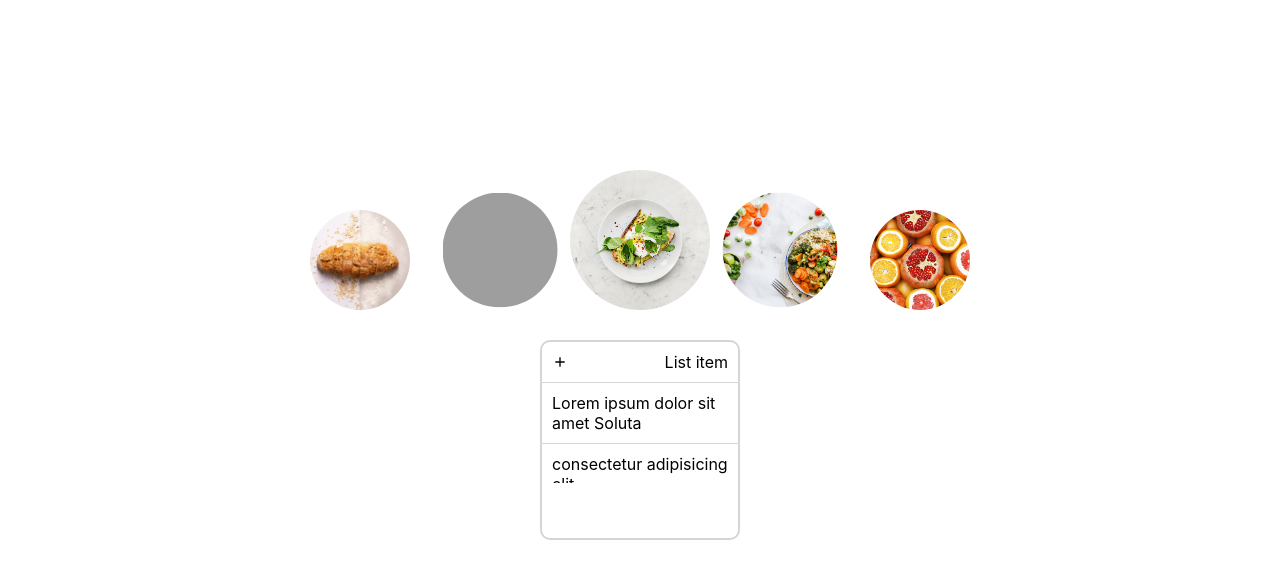
Repository: nambui98/slider
Page: /
The author's editor kept a copy of each file at every save. The page is drawn from the files as they stood at one save, then again after the next save.
The browser window is 1280 px wide. The pictures show the whole page.
Pictures or frames that could not be fetched are drawn as grey boxes. The project was rebuilt for these pictures with package versions that can differ from the ones it lists, and the page was loaded fresh each time. Also part of the build but not shown: vite.config.ts.

Above is the page before, as saved 2022-04-12 14:23:10.

### src/App.tsx
import { useState } from 'react'
import Horizolsider from './components/horizolslider/Horizolsider'
import logo from './logo.svg'
import './App.css'
import "slick-carousel/slick/slick.css";
import "slick-carousel/slick/slick-theme.css";
import image1 from './assets/images/pexels-daria-shevtsova-1095550.jpg'
import styled from 'styled-components';

function App() {
  const [count, setCount] = useState(0)
  const Item = styled.div`
    /* height: 150px; */
    margin-top: 50px;
    transition: all .3s;
    position: relative;
    img{
        object-fit: cover;
        margin: 0 auto;
        /* width: 100px;
        height: 100px; */
        width: 100px;
        height: 100px;
        border-radius: 50%;
        transition: all .3s;
    }
    /* .info{
        position: absolute;
    } */
    &.active{
        /* width: 150px;
        height: 100px; */
        /* height: 200px; */
        margin-top: 30px;
        img{

            /* width: 100%; */
            transform: scale(1.4)
        }
        .info{
            visibility: visible;
            transform: translateY(0px);
        }
    }
    &.near{
        /* width: 150px;
        height: 100px; */
        /* height: 200px; */
        margin-top: 40px;
        img{

            /* width: 100%; */
            transform: scale(1.15)
        }


    }
`
  return (
    <div className="App">
      <Horizolsider>
        {/* <ul>

          {

            [...Array(10).keys()].map((i, index) =>
              <li>

                <Item>
                  <img src={image1} alt="" />

                  <div className={`info `}>info
                  </div>
                </Item>
              </li>

            )
          }
        </ul> */}
      </Horizolsider>
    </div>
  )
}

export default App

### src/components/horizolslider/Horizolsider.tsx
import React, { useEffect, useRef, useState } from 'react'
import styled from 'styled-components'
import Slider from "react-slick";
import image1 from '../../assets/images/pexels-daria-shevtsova-1095550.jpg'
import image2 from '../../assets/images/pexels-ella-olsson-1640777.jpg'
import image3 from '../../assets/images/pexels-engin-akyurt-1435735.jpg'
import image4 from '../../assets/images/pexels-lisa-fotios-1279330.jpg'
import image5 from '../../assets/images/pexels-mariana-kurnyk-1775043.jpg'
import image6 from '../../assets/images/pexels-tijana-drndarski-3338681.jpg'

import { BiBasket, BiPlus } from "react-icons/bi";
type Props = {
    children: any
}
const listItem = [
    {
        id: 1,
        image: image1,
        info: [
            "Lorem ipsum dolor sit amet Soluta",
            "consectetur adipisicing elit. ",
            "veritatis tenetur.",
            "veritatis tenetur."
        ],
    },
    {
        id: 2,
        image: image2,
        info: [
            "1",
            "2"
        ],
    },
    {
        id: 3,
        image: image3,
        info: [
            "1",
            "2"
        ],
    },
    {
        id: 4,
        image: image4,
        info: [
            "1",
            "2"
        ],
    },
    {
        id: 5,
        image: image5,
        info: [
            "1",
            "2"
        ],
    }
    , {
        id: 6,
        image: image6,
        info: [
            "1",
            "2"
        ],
    }
]
const Wrapper = styled.div`
    width: 700px;

`
const Item = styled.div`
    /* height: 150px; */
    margin-top: 50px;
    transition: all .3s;
    position: relative;
    cursor: pointer;
    img{
        object-fit: cover;
        margin: 0 auto;
        /* width: 100px;
        height: 100px; */
        width: 100px;
        height: 100px;
        border-radius: 50%;
        transition: all .3s;
    }
    .info{
        width: 200px;
        border: 2px solid #d5d5d5;
        border-radius: 10px;
        height: 200px;
        transition: transform 1000s;
        visibility: hidden;
        margin-top: 50px;
        margin-left: -30px;

        ul{
            list-style: none;
            height: 100px;
            overflow-y: scroll;

            p{
                padding: 10px;
            }
            li{
                padding: 10px;
                border-bottom: 1px solid #d5d5d5;

            }
        }
        &__title{
            display: flex;
            justify-content: space-between;
            align-items: center;
            padding: 10px;
            border-bottom: 1px solid #d5d5d5;
        }
    }
    &.active{
        margin-top: 30px;
        img{
            transform: scale(1.4)
        }
        .info{
            visibility: visible;
            transform: translateY(0px);
        }
    }
    &.near{
        margin-top: 40px;
        img{
            transform: scale(1.15)
        }


    }
`
const Horizolsider = (props: Props) => {
    const [activeIndex, setActiveIndex] = useState<number>(0);
    const [activeIndex2, setActiveIndex2] = useState<number>(0);
    const settings = {
        className: "listItem",
        dots: false,
        infinite: true,
        speed: 500,
        slidesToShow: 5,
        slidesToScroll: 1,
        centerMode: true,
        focusOnSelect: true,
        centerPadding: '0px',
        beforeChange: (current: any, next: any) => {
            setActiveIndex(next)
        },
    };

    return (
        <div style={{ display: "flex", height: "100vh", flexDirection: "column", justifyContent: "center", alignItems: "center" }}>
            <Wrapper>
                <Slider {...settings}>
                    {
                        listItem.map((item, index) =>
                            <Item className={`${index === activeIndex ? "active" : (activeIndex - index) === 1 || (index - activeIndex) === 1 || (index - activeIndex) + 1 === listItem.length || (index - activeIndex) === -(listItem.length - 1) ? "near" : ""}`}>
                                <img src={item.image} alt="" />

                                <div className={`info ${activeIndex === index && "active"}`}>
                                    <div className='info__title'><BiPlus /> List item</div>
                                    <ul>
                                        {
                                            item.info.map(i => <li>
                                                {i}
                                            </li>)
                                        }

                                    </ul>
                                </div>
                            </Item>
                        )
                    }
                </Slider>
            </Wrapper>
        </div >
    )
}
export default Horizolsider

### src/App.css
*{
  padding: 0;
  margin: 0;
  box-sizing: border-box;
}


/* ul{
  display: flex;
  justify-content: start;
  width: 700px;
  overflow-x: scroll;
  list-style: none;
}
ul li{
  width: 20%;
} */

Loaded but not shown: index.html (common file); src/main.tsx (common file); src/index.css (common file)

After the next save:
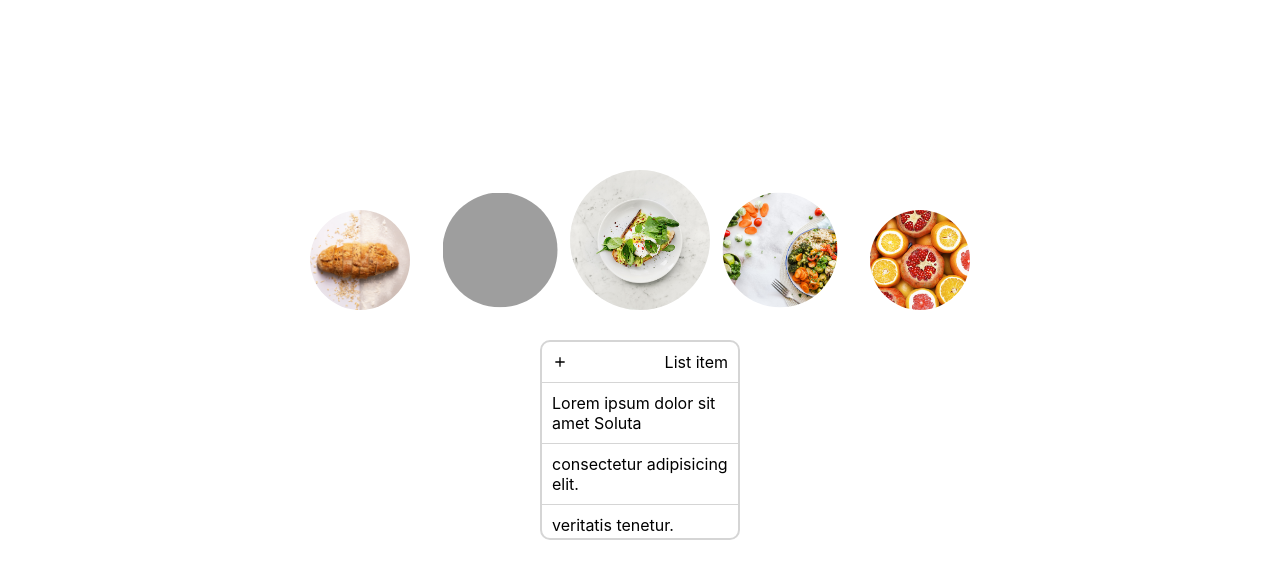
Saved 8 s later.
--- a/src/components/horizolslider/Horizolsider.tsx
+++ b/src/components/horizolslider/Horizolsider.tsx
@@ -96,7 +96,7 @@ const Item = styled.div`
 
         ul{
             list-style: none;
-            height: 100px;
+            height: 150px;
             overflow-y: scroll;
 
             p{
